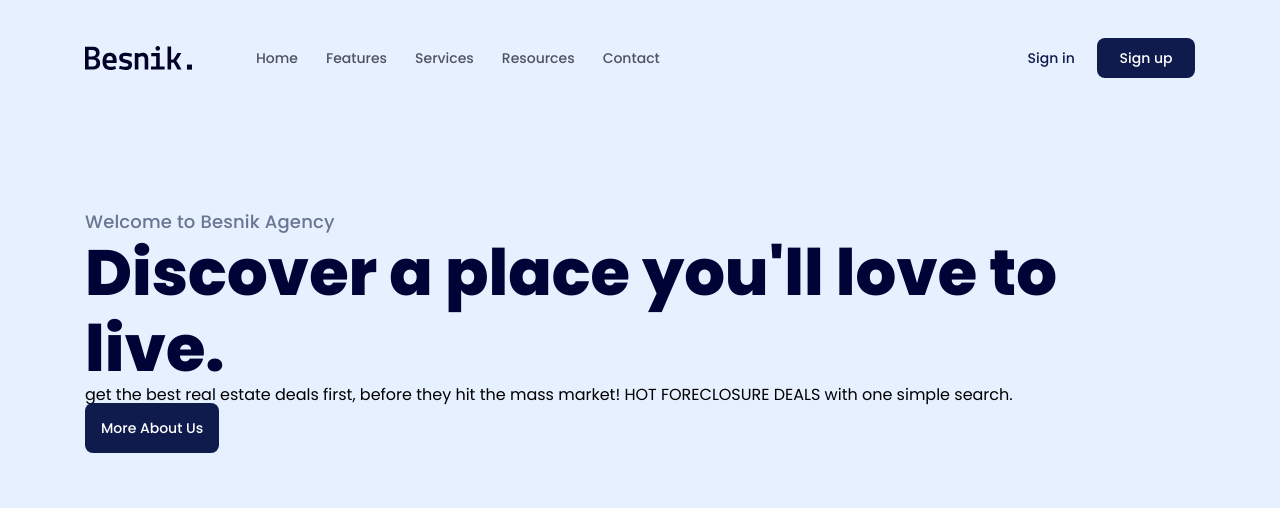
Repository: empty24062002/f8-htmlcss-01
Page: index.html
The author's editor kept a copy of each file at every save. The page is drawn from the files as they stood at one save, then again after the next save.
The browser window is 1280 px wide. The pictures show the whole page.

Above is the page before, as saved 2023-07-11 13:54:39.

### index.html
<!DOCTYPE html>
<html lang="en">
    <head>
        <meta charset="UTF-8" />
        <meta name="viewport" content="width=device-width, initial-scale=1.0" />
        <title>F8 PROJECT 01</title>
        <link rel="stylesheet" href="./assets/css/reset.css" />
        <link rel="stylesheet" href="./assets/fonts/stylesheet.css" />
        <link rel="stylesheet" href="./assets/css/styles.css" />
    </head>
    <body>
        <main>
            <!-- Header -->
            <header class="header">
                <div class="content">
                    <nav class="navbar">
                        <!-- Logo -->
                        <img src="./assets/img/Logo.svg" alt="Besnik." />
                        <!-- Navigation -->
                        <ul>
                            <li><a href="#!">Home</a></li>
                            <li><a href="#!">Features</a></li>
                            <li><a href="#!">Services</a></li>
                            <li><a href="#!">Resources</a></li>
                            <li><a href="#!">Contact</a></li>
                        </ul>
                        <!-- Action -->
                        <div class="actions">
                            <a href="#!" class="action-link">Sign in</a>
                            <a href="#!" class="btn action-btn">Sign up</a>
                        </div>
                    </nav>

                    <div class="hero">
                        <div class="info">
                            <p class="sub-title">Welcome to Besnik Agency</p>
                            <h1 class="title">
                                Discover a place you'll love to live.
                            </h1>
                            <p class="desc">
                                get the best real estate deals first, before
                                they hit the mass market! HOT FORECLOSURE DEALS
                                with one simple search.
                            </p>
                            <a href="#!" class="btn">More About Us</a>
                        </div>
                    </div>
                </div>
            </header>
        </main>
    </body>
</html>

### assets/fonts/stylesheet.css
/* =======Poppins======= */
@font-face {
    font-family: "Poppins";
    src: url("Poppins/Poppins-Black.woff2") format("woff2"),
        url("Poppins/Poppins-Black.woff") format("woff");
    font-weight: 900;
    font-style: normal;
    font-display: swap;
}

@font-face {
    font-family: "Poppins";
    src: url("Poppins/Poppins-BlackItalic.woff2") format("woff2"),
        url("Poppins/Poppins-BlackItalic.woff") format("woff");
    font-weight: 900;
    font-style: italic;
    font-display: swap;
}

@font-face {
    font-family: "Poppins";
    src: url("Poppins/Poppins-Bold.woff2") format("woff2"),
        url("Poppins/Poppins-Bold.woff") format("woff");
    font-weight: bold;
    font-style: normal;
    font-display: swap;
}

@font-face {
    font-family: "Poppins";
    src: url("Poppins/Poppins-Light.woff2") format("woff2"),
        url("Poppins/Poppins-Light.woff") format("woff");
    font-weight: 300;
    font-style: normal;
    font-display: swap;
}

@font-face {
    font-family: "Poppins";
    src: url("Poppins/Poppins-ExtraLight.woff2") format("woff2"),
        url("Poppins/Poppins-ExtraLight.woff") format("woff");
    font-weight: 200;
    font-style: normal;
    font-display: swap;
}

@font-face {
    font-family: "Poppins";
    src: url("Poppins/Poppins-ExtraLightItalic.woff2") format("woff2"),
        url("Poppins/Poppins-ExtraLightItalic.woff") format("woff");
    font-weight: 200;
    font-style: italic;
    font-display: swap;
}

@font-face {
    font-family: "Poppins";
    src: url("Poppins/Poppins-ExtraBoldItalic.woff2") format("woff2"),
        url("Poppins/Poppins-ExtraBoldItalic.woff") format("woff");
    font-weight: bold;
    font-style: italic;
    font-display: swap;
}

@font-face {
    font-family: "Poppins";
    src: url("Poppins/Poppins-Italic.woff2") format("woff2"),
        url("Poppins/Poppins-Italic.woff") format("woff");
    font-weight: normal;
    font-style: italic;
    font-display: swap;
}

@font-face {
    font-family: "Poppins";
    src: url("Poppins/Poppins-BoldItalic.woff2") format("woff2"),
        url("Poppins/Poppins-BoldItalic.woff") format("woff");
    font-weight: bold;
    font-style: italic;
    font-display: swap;
}

@font-face {
    font-family: "Poppins";
    src: url("Poppins/Poppins-ExtraBold.woff2") format("woff2"),
        url("Poppins/Poppins-ExtraBold.woff") format("woff");
    font-weight: bold;
    font-style: normal;
    font-display: swap;
}

@font-face {
    font-family: "Poppins";
    src: url("Poppins/Poppins-Regular.woff2") format("woff2"),
        url("Poppins/Poppins-Regular.woff") format("woff");
    font-weight: normal;
    font-style: normal;
    font-display: swap;
}

@font-face {
    font-family: "Poppins";
    src: url("Poppins/Poppins-SemiBold.woff2") format("woff2"),
        url("Poppins/Poppins-SemiBold.woff") format("woff");
    font-weight: 600;
    font-style: normal;
    font-display: swap;
}

@font-face {
    font-family: "Poppins";
    src: url("Poppins/Poppins-ThinItalic.woff2") format("woff2"),
        url("Poppins/Poppins-ThinItalic.woff") format("woff");
    font-weight: 100;
    font-style: italic;
    font-display: swap;
}

@font-face {
    font-family: "Poppins";
    src: url("Poppins/Poppins-Medium.woff2") format("woff2"),
        url("Poppins/Poppins-Medium.woff") format("woff");
    font-weight: 500;
    font-style: normal;
    font-display: swap;
}

@font-face {
    font-family: "Poppins";
    src: url("Poppins/Poppins-Thin.woff2") format("woff2"),
        url("Poppins/Poppins-Thin.woff") format("woff");
    font-weight: 100;
    font-style: normal;
    font-display: swap;
}

@font-face {
    font-family: "Poppins";
    src: url("Poppins/Poppins-SemiBoldItalic.woff2") format("woff2"),
        url("Poppins/Poppins-SemiBoldItalic.woff") format("woff");
    font-weight: 600;
    font-style: italic;
    font-display: swap;
}

@font-face {
    font-family: "Poppins";
    src: url("Poppins/Poppins-MediumItalic.woff2") format("woff2"),
        url("Poppins/Poppins-MediumItalic.woff") format("woff");
    font-weight: 500;
    font-style: italic;
    font-display: swap;
}

@font-face {
    font-family: "Poppins";
    src: url("Poppins/Poppins-LightItalic.woff2") format("woff2"),
        url("Poppins/Poppins-LightItalic.woff") format("woff");
    font-weight: 300;
    font-style: italic;
    font-display: swap;
}

### assets/css/styles.css
* {
    box-sizing: border-box;
}

:root {
    --primary-color: #0f1b4c;
}

html {
    font-size: 62.5%;
}

body {
    font-size: 1.6rem;
    font-family: "Poppins", sans-serif;
}
/* Common */
a {
    text-decoration: none;
}

.content {
    width: 1110px;
    max-width: calc(100% - 48px);
    margin-left: auto;
    margin-right: auto;
}

.btn {
    display: inline-block;
    min-width: 98px;
    padding: 18px 16px;
    border-radius: 8px;
    background: var(--primary-color);
    font-size: 1.4rem;
    font-weight: 500;
    text-align: center;
    color: #fff;
}

.btn:hover {
    opacity: 0.9;
}

/* Header */
.header {
    background-color: #e6f0ff;
    height: 100vh;
}

.navbar {
    display: flex;
    align-items: center;
    padding-top: 38px;
}

.navbar ul {
    display: flex;
    margin-left: 50px;
}

.navbar ul a {
    font-size: 1.4rem;
    font-weight: 500;
    color: #4f5361;
    padding: 8px 14px;
}

.navbar ul a:hover {
    text-decoration: underline;
}

.navbar .actions {
    margin-left: auto;
}

.navbar .action-link {
    font-size: 1.4rem;
    font-weight: 500;
    color: var(--primary-color);
    margin-right: 18px;
}

.navbar .action-btn {
    padding: 13px 16px;
}

.hero {
    margin-top: 130px;
}

.hero .sub-title {
    color: #687690;
    font-size: 1.8rem;
    line-height: 1.5;
    font-weight: 500;
    letter-spacing: 0.01em;
}

.hero .title {
    color: #000336;
    font-size: 64px;
    font-weight: 700;
    line-height: 76px;
}

Loaded but not shown: assets/css/reset.css (common file)

After the next save:
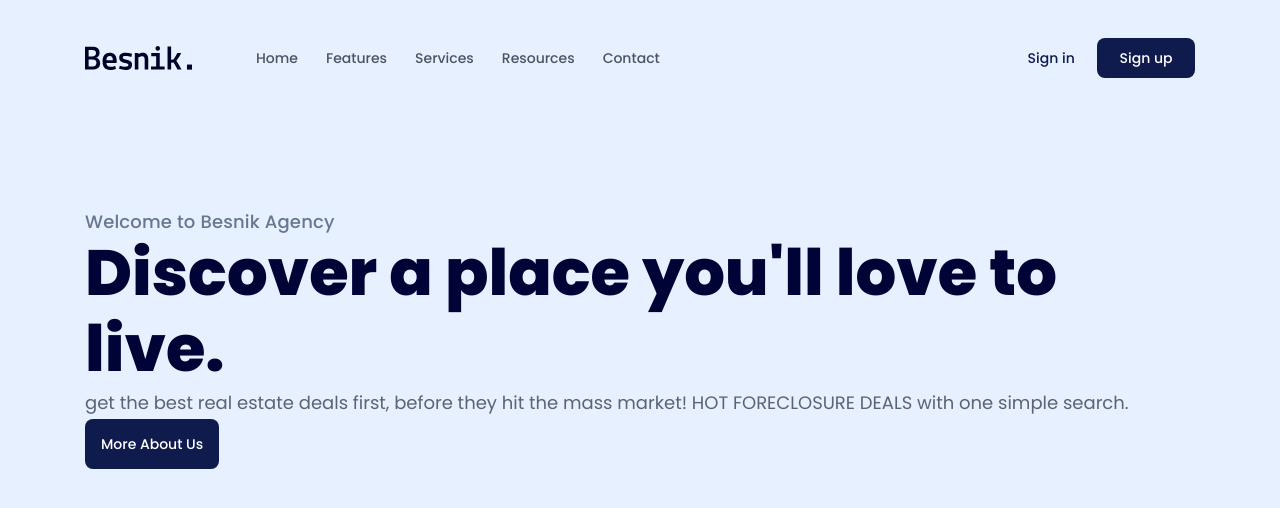
Saved 49 s later.
--- a/assets/css/styles.css
+++ b/assets/css/styles.css
@@ -103,3 +103,10 @@
     font-weight: 700;
     line-height: 76px;
 }
+
+.hero .desc {
+    color: #5a6473;
+    font-size: 18px;
+    font-weight: 400;
+    line-height: 32px;
+}
